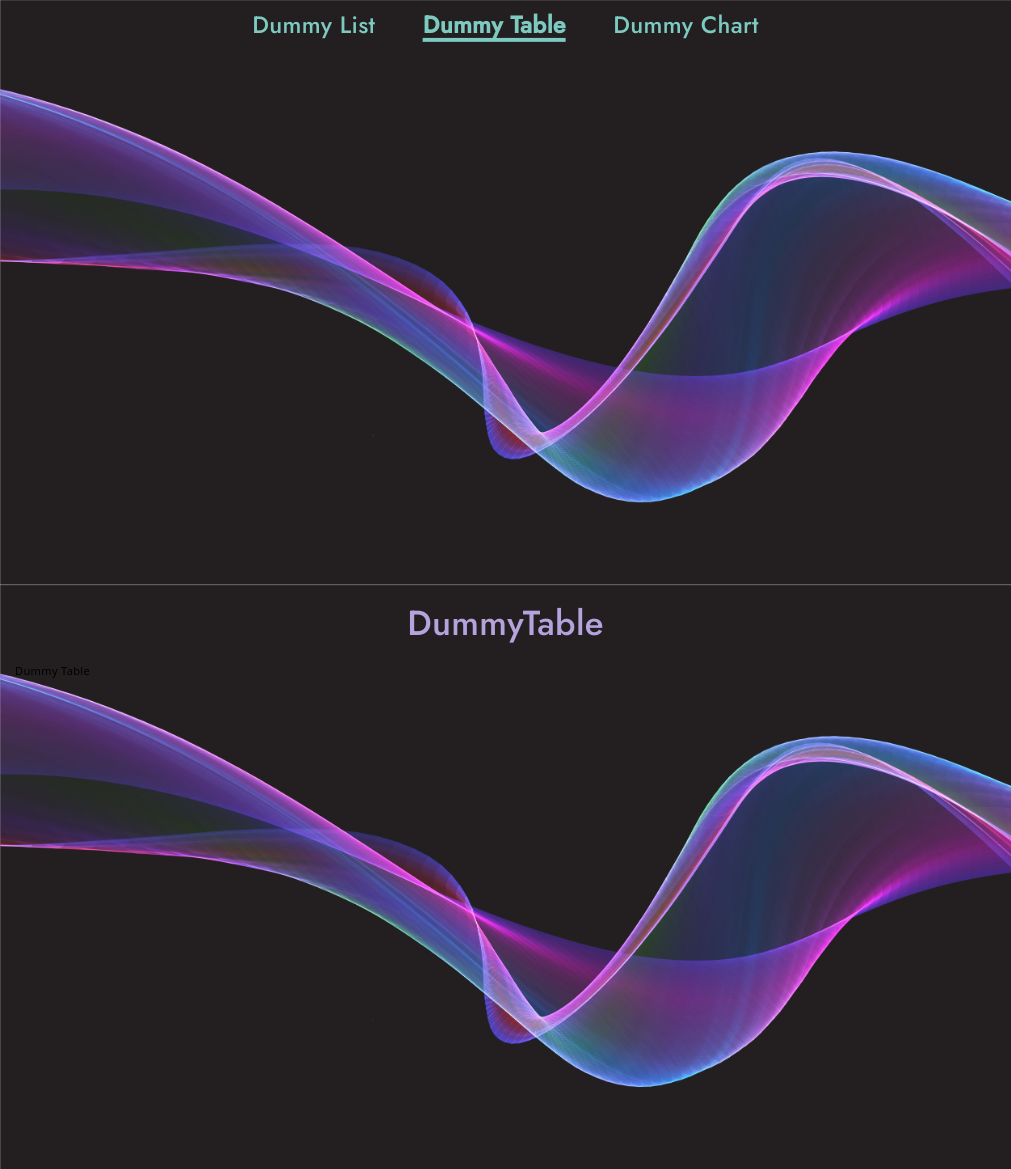
Repository: Vadim-27/backendless
Page: /tabs/dummyTable
The author's editor kept a copy of each file at every save. The page is drawn from the files as they stood at one save, then again after the next save.
The browser window is 1280 px wide. The pictures show the whole page, at 79% of full size.
Backgrounds fixed to the window are drawn as part of the page. The project was rebuilt for these pictures with package versions that can differ from the ones it lists, and the page was loaded fresh each time.

Above is the page before, as saved 2023-10-28 16:42:20.

After the next save:
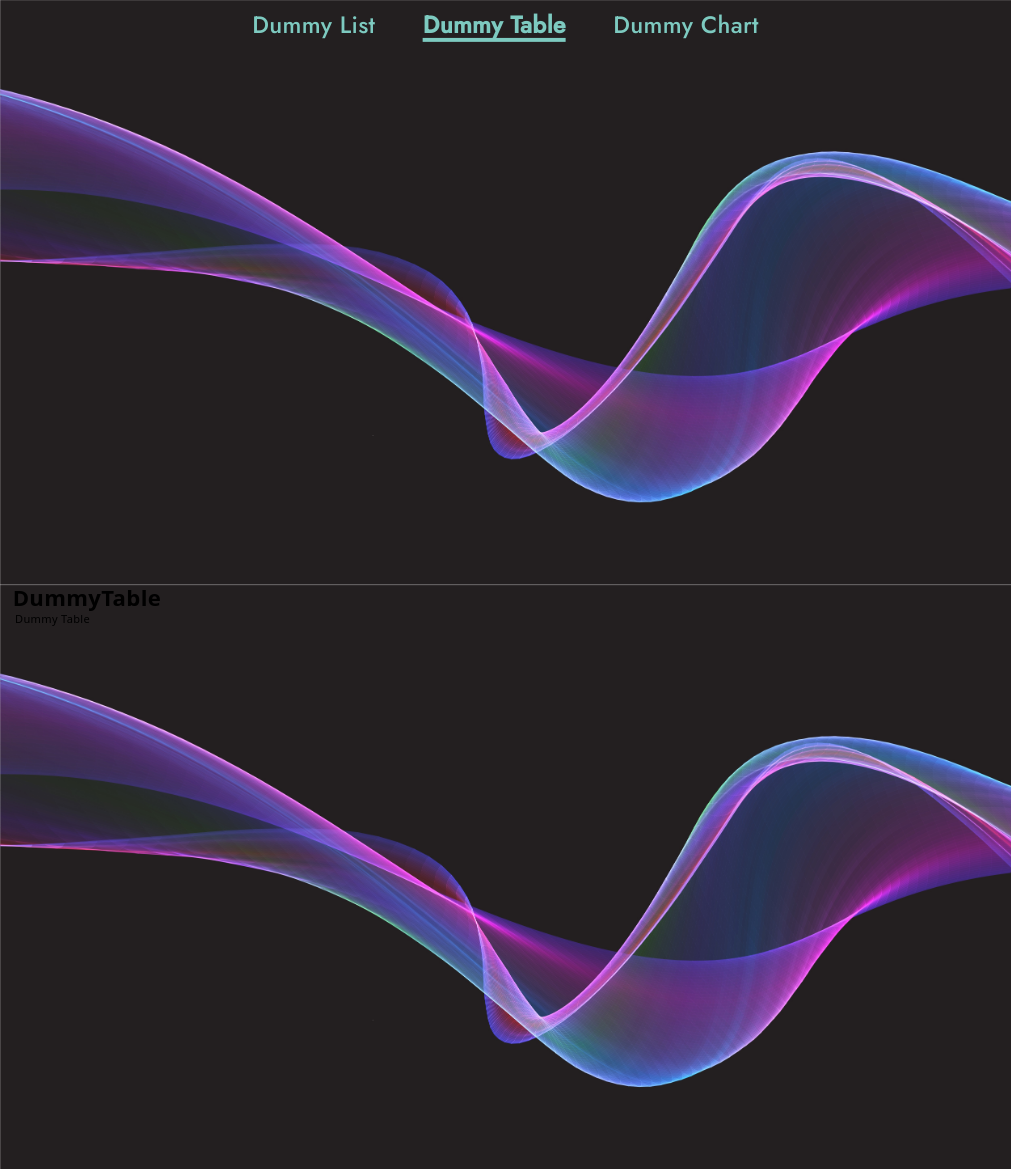
Saved 4 s later.
--- a/src/modules/DummyTable/DummyTable.jsx
+++ b/src/modules/DummyTable/DummyTable.jsx
@@ -2,7 +2,7 @@
 const DummyTable = () => {
   return (
     <div className="container">
-      <h1 className={css.titleSection}>DummyTable</h1>
+      <h1 >DummyTable</h1>
       <table>
         <tr>
           <td>Dummy</td>

After the save that followed:
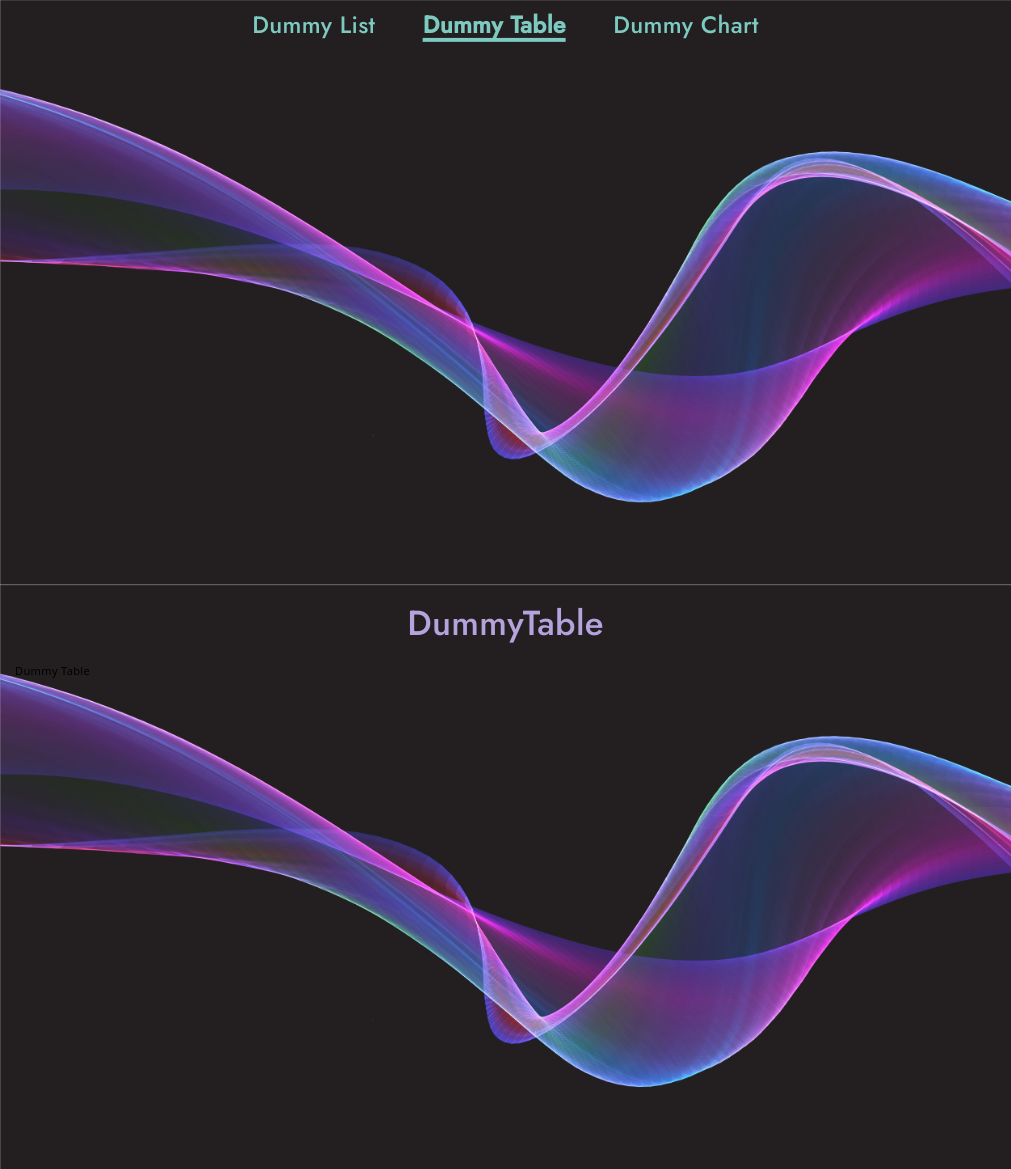
Saved 62 s later.
--- a/src/modules/DummyTable/DummyTable.jsx
+++ b/src/modules/DummyTable/DummyTable.jsx
@@ -2,7 +2,7 @@
 const DummyTable = () => {
   return (
     <div className="container">
-      <h1 >DummyTable</h1>
+      <h1 className={css.titleSection}>DummyTable</h1>
       <table>
         <tr>
           <td>Dummy</td>
